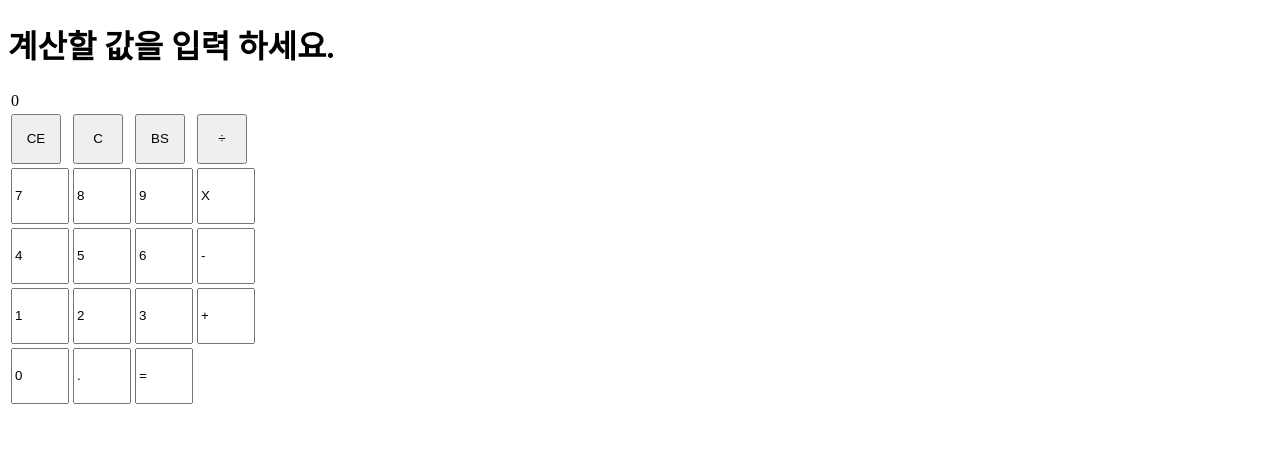
Repository: Realhyeonwoo/study-jsp
Page: JSPPrj/WebContent/calc3.html
These files come from the project's save history. The page is drawn as it stood at one moment and after the next save; the edit follows.
The browser window is 1280 px wide. The pictures show the whole page.

Above is the page before, as saved 2020-04-16 06:32:56.

After the next save:
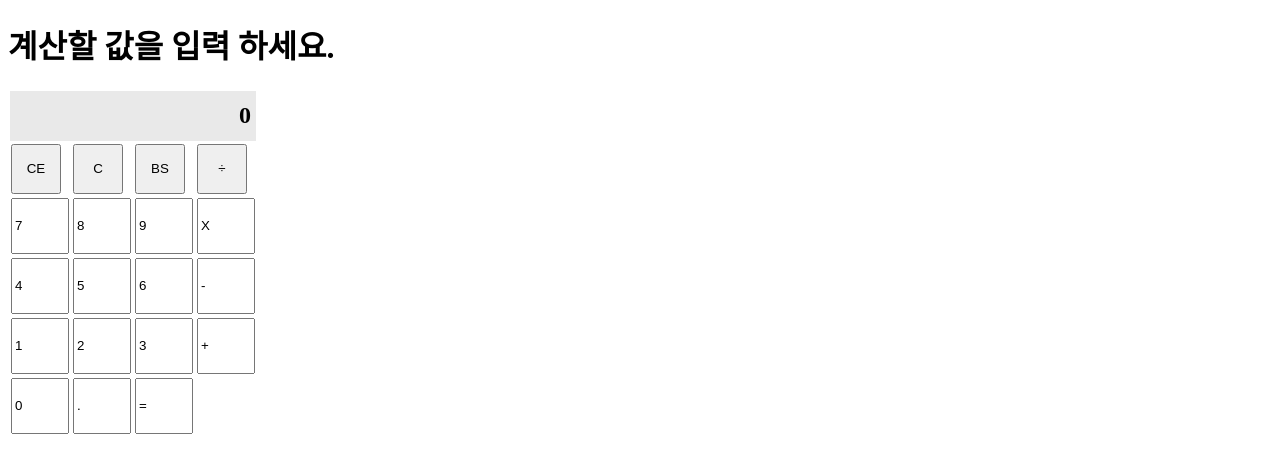
Saved 89 s later.
--- a/JSPPrj/WebContent/calc3.html
+++ b/JSPPrj/WebContent/calc3.html
@@ -8,6 +8,15 @@
 	width: 50px;
 	height: 50px;
 	}
+	.output {
+		height: 50px;
+		background: #e9e9e9;
+		font-size: 24px;
+		font-weight: bold;
+		text-align: right;
+		padding: 0px 5px;
+	}
+
 </style>
 </head>
 <body>
@@ -15,7 +24,7 @@
 	<form action="calc3" method="post">
 		<table>
 			<tr>
-				<td colspan="4">0</td>
+				<td class="output" colspan="4">0</td>
 			</tr>
 			<tr>
 				<td><input type="submit" name="operator" value="CE"/></td>
